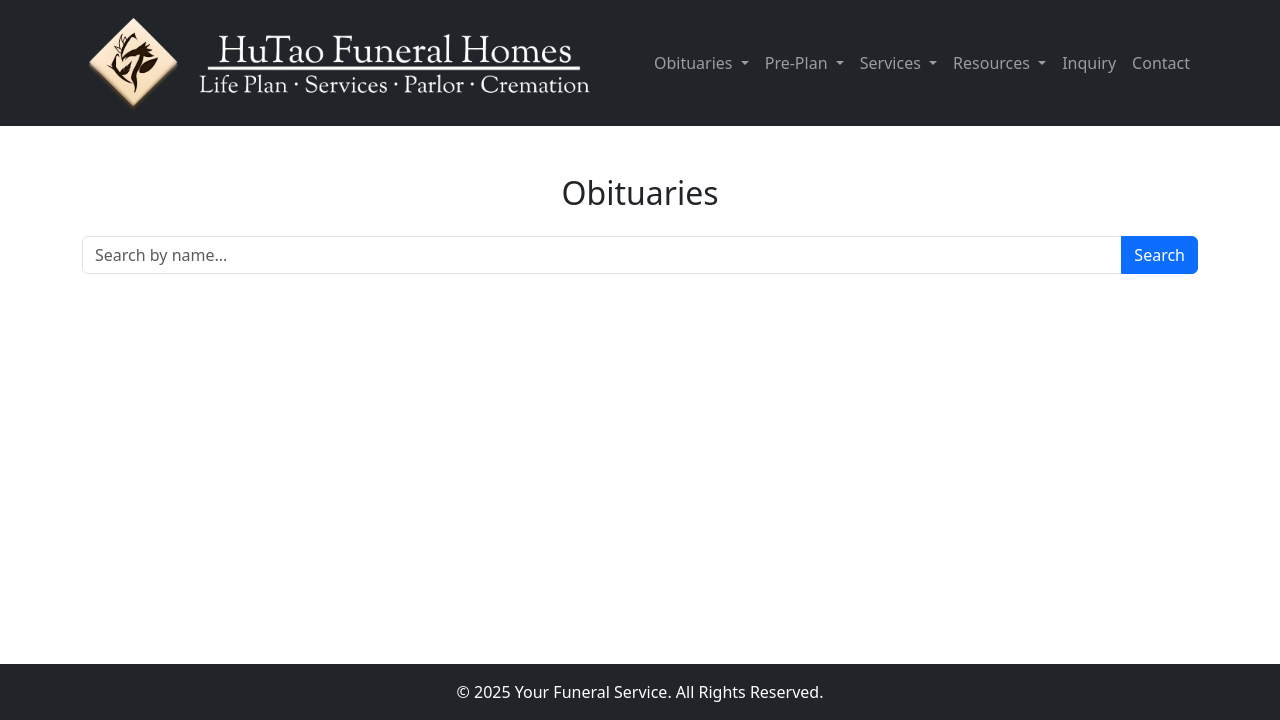
Repository: Jamil-cyber-hash/INSANITY
Page: http://localhost/search_obituaries.php
An editor plug-in stored every save of this project. The page is shown before and after the next save, followed by the edit.
The browser window is 1280 px wide. The pictures show the whole page.
The page is run by PHP 8.4 with error messages shown; the project is at /var/www/html/. Queries for data that is not in the repository find no rows.

Above is the page before, as saved 2025-03-24 02:51:27.

### search_obituaries.php
<?php
include 'db_connect.php'; // Database connection

// Set how many obituaries per page
$limit = 6;

// Get current page number, default to 1 if not set
$page = isset($_GET['page']) ? (int)$_GET['page'] : 1;
$offset = ($page - 1) * $limit;

// Search functionality
$search = isset($_GET['search']) ? $_GET['search'] : "";
$searchQuery = "";

if (!empty($search)) {
    $searchQuery = "WHERE deceased_first_name LIKE '%$search%'
                    OR deceased_middle_name LIKE '%$search%'
                    OR deceased_last_name LIKE '%$search%'";


}

// Get total number of obituaries for pagination
$totalQuery = "SELECT COUNT(*) as total FROM obituaries $searchQuery";
$totalResult = $conn->query($totalQuery);
$totalRow = $totalResult->fetch_assoc();
$totalPages = ceil($totalRow['total'] / $limit);

// Fetch paginated results
$sql = "SELECT * FROM obituaries $searchQuery ORDER BY submitted_at DESC LIMIT $limit OFFSET $offset";
$result = $conn->query($sql);
?>
<style>
    body {
    display: flex;
    flex-direction: column;
    min-height: 100vh; /* Full screen height */
}

.container {
    flex-grow: 1; /* Makes sure the footer stays down */
}

</style>
<!DOCTYPE html>
<html lang="en">
<head>
    <meta charset="UTF-8">
    <meta name="viewport" content="width=device-width, initial-scale=1.0">
    <title>Obituaries</title>
    <link href="https://cdn.jsdelivr.net/npm/bootstrap@5.3.3/dist/css/bootstrap.min.css" rel="stylesheet">
</head>
<body>

<?php include 'header.php'; ?>

<div class="container mt-5">
    <h2 class="text-center mb-4">Obituaries</h2>

    <!-- Search Form -->
    <form method="GET" action="obituaries.php" class="mb-4">
        <div class="input-group">
            <input type="text" name="search" class="form-control" placeholder="Search by name..." value="<?php echo htmlspecialchars($search); ?>">
            <button type="submit" class="btn btn-primary">Search</button>
        </div>
    </form>

    <div class="row">
        <?php while ($row = $result->fetch_assoc()): ?>
            <div class="col-md-4 mb-4">
                <div class="card">
                    <img src="uploads/<?php echo htmlspecialchars($row['image']); ?>" class="card-img-top" alt="Obituary Image">
                    <div class="card-body">
                        <h5 class="card-title"><?php echo htmlspecialchars($row['deceased_first_name'] . " " . $row['deceased_middle_name'] . " " . $row['deceased_last_name']); ?></h5>
                        <p class="card-text"><strong>Date of Passing:</strong> <?php echo htmlspecialchars($row['date_of_passing']); ?></p>
                        <p class="card-text"><?php echo htmlspecialchars($row['description']); ?></p>
                    </div>
                </div>
            </div>
        <?php endwhile; ?>
    </div>

    <!-- Pagination -->
    <nav>
        <ul class="pagination justify-content-center">
            <?php if ($page > 1): ?>
                <li class="page-item">
                    <a class="page-link" href="obituaries.php?page=<?php echo ($page - 1) . "&search=" . $search; ?>">Previous</a>
                </li>
            <?php endif; ?>

            <?php for ($i = 1; $i <= $totalPages; $i++): ?>
                <li class="page-item <?php echo ($i == $page) ? 'active' : ''; ?>">
                    <a class="page-link" href="obituaries.php?page=<?php echo $i . "&search=" . $search; ?>"><?php echo $i; ?></a>
                </li>
            <?php endfor; ?>

            <?php if ($page < $totalPages): ?>
                <li class="page-item">
                    <a class="page-link" href="obituaries.php?page=<?php echo ($page + 1) . "&search=" . $search; ?>">Next</a>
                </li>
            <?php endif; ?>
        </ul>
    </nav>

</div>

<?php include 'footer.php'; ?>

</body>
</html>

<?php
$conn->close();
?>

### db_connect.php
<?php
$servername = "localhost"; // Change if using a remote server
$username = "root"; // Change to your database username
$password = ""; // Change to your database password
$dbname = "funeral_service"; // Change to your database name

// Create connection
$conn = new mysqli($servername, $username, $password, $dbname);

// Check connection
if ($conn->connect_error) {
    die("Connection failed: " . $conn->connect_error);
}
?>

### header.php
<!DOCTYPE html>
<html lang="en">
<head>
    <meta charset="UTF-8" />
    <meta name="viewport" content="width=device-width, initial-scale=1.0" />
    <title>Funeral Service</title>

    <link href="https://cdn.jsdelivr.net/npm/bootstrap@5.3.3/dist/css/bootstrap.min.css" rel="stylesheet" integrity="sha384-QWTKZyjpPEjISv5WaRU9OFeRpok6YctnYmDr5pNlyT2bRjXh0JMhjY6hW+ALEwIH" crossorigin="anonymous">
<script src="https://cdn.jsdelivr.net/npm/bootstrap@5.3.3/dist/js/bootstrap.bundle.min.js" integrity="sha384-YvpcrYf0tY3lHB60NNkmXc5s9fDVZLESaAA55NDzOxhy9GkcIdslK1eN7N6jIeHz" crossorigin="anonymous"></script>
<link rel="stylesheet" href="css/pang.css">
<link rel="stylesheet" href="css/form.css">

</head>
<body>

<!-- Header -->
<nav class="navbar navbar-expand-lg navbar-dark bg-dark">
    <div class="container">
        <a class="navbar-brand" href="PANG.php"><img src="imaages\logo.png" alt="" class="logo"><img src="imaages\logo2.png" alt="" class="logo2"></a>


         <button class="navbar-toggler" type="button" data-bs-toggle="collapse" data-bs-target="#navbarNav">
            <span class="navbar-toggler-icon"></span>
        </button>

        <div class="collapse navbar-collapse" id="navbarNav">
            <ul class="navbar-nav ms-auto">
                <!-- Obituaries Dropdown -->
                <li class="nav-item dropdown">
                    <a class="nav-link dropdown-toggle" href="#" id="obituariesDropdown" role="button" data-bs-toggle="dropdown" aria-expanded="false">
                        Obituaries
                    </a>
                    <ul class="dropdown-menu" aria-labelledby="obituariesDropdown">
                        <li><a class="dropdown-item" href="PANG.php#obituaries">Recent Obituaries</a></li>
                        <li><a class="dropdown-item" href="search_obituaries.php">Search Obituaries</a></li>

                    </ul>
                </li>

                <!-- Pre-Plan Dropdown -->
                <li class="nav-item dropdown">
                    <a class="nav-link dropdown-toggle" href="#" id="preplanDropdown" role="button" data-bs-toggle="dropdown" aria-expanded="false">
                        Pre-Plan
                    </a>
                    <ul class="dropdown-menu" aria-labelledby="preplanDropdown">
                        <li><a class="dropdown-item" href="pre-plan.php">Why Pre-Plan?</a></li>
                        <li><a class="dropdown-item" href="submit_preplan.php">Pre-Plan Options</a></li>
                    </ul>
                </li>

                <!-- Services Dropdown -->
                <li class="nav-item dropdown">
                    <a class="nav-link dropdown-toggle" href="services.php" id="servicesDropdown" role="button" data-bs-toggle="dropdown" aria-expanded="false">
                        Services
                    </a>
                    <ul class="dropdown-menu" aria-labelledby="servicesDropdown">
                        <li><a class="dropdown-item" href="burial_services.php">Burial Services</a></li>
                        <li><a class="dropdown-item" href="cremation.php">Cremation Services</a></li>
                        <li><a class="dropdown-item" href="memorial.php">Memorial Planning</a></li>
                    </ul>
                </li>

                <!-- Resources Dropdown -->
                <li class="nav-item dropdown">
                    <a class="nav-link dropdown-toggle" href="#" id="resourcesDropdown" role="button" data-bs-toggle="dropdown" aria-expanded="false">
                        Resources
                    </a>
                    <ul class="dropdown-menu" aria-labelledby="resourcesDropdown">
                        <li><a class="dropdown-item" href="grief_support.php">Grief Support</a></li>
                        <li><a class="dropdown-item" href="faq.php">FAQs</a></li>
                    </ul>
                </li>

                <!-- Inquiry Link -->
                <li class="nav-item">
                    <a class="nav-link" href="inquiry.php">Inquiry</a>
                </li>

                <!-- Contact Link -->
                <li class="nav-item">
                    <a class="nav-link" href="#contact">Contact</a>
                </li>
            </ul>
        </div>
    </div>
</nav>

### footer.php
<!DOCTYPE html>
<html lang="en">
<head>
    <meta charset="UTF-8">
    <meta name="viewport" content="width=device-width, initial-scale=1.0">
    <title>Document</title>
    <script src="https://cdn.jsdelivr.net/npm/bootstrap@5.3.0/dist/js/bootstrap.bundle.min.js"></script>
<link href="https://cdn.jsdelivr.net/npm/bootstrap@5.3.3/dist/css/bootstrap.min.css" rel="stylesheet" integrity="sha384-QWTKZyjpPEjISv5WaRU9OFeRpok6YctnYmDr5pNlyT2bRjXh0JMhjY6hW+ALEwIH" crossorigin="anonymous">
</head>
<body>

<footer class="footer mt-auto py-3 bg-dark text-white text-center">
    <div class="container">
        <span>© 2025 Your Funeral Service. All Rights Reserved.</span>
    </div>
</footer>
</body>
</html>

### css/pang.css

.carousel-item img {
    width: 100%;
    height: 600px;
    object-fit: cover;
}
.logo{
    height: 100px;
    width: auto;
    object-fit: contain;

}
.logo2{
    height: 100px;
    width: auto;
    object-fit: contain;

}
.map1{
    align-items: center;
    justify-content: center;
    text-align: center;
}
.map2{
    align-items: center;
    justify-content: center;
    text-align: center;
}
.navbar-nav .dropdown .dropdown-menu {
    display: block;
    opacity: 0;
    visibility: hidden;
    transition: opacity 0.3s ease, transform 0.3s ease;
    transform: translateY(-10px);
}

.navbar-nav .dropdown:hover .dropdown-menu {
    opacity: 1;
    visibility: visible;
    transform: translateY(0);
}

### css/form.css
#sender_email {
    border: 1px solid #ced4da;
    transition: border-color 0.2s ease-in-out;
}

/* Red border when invalid */
#sender_email.invalid {
    border-color: #dc3545;
}

/* Optional: Green border when valid */
#sender_email.valid {
    border-color: #28a745;
}

After the next save:
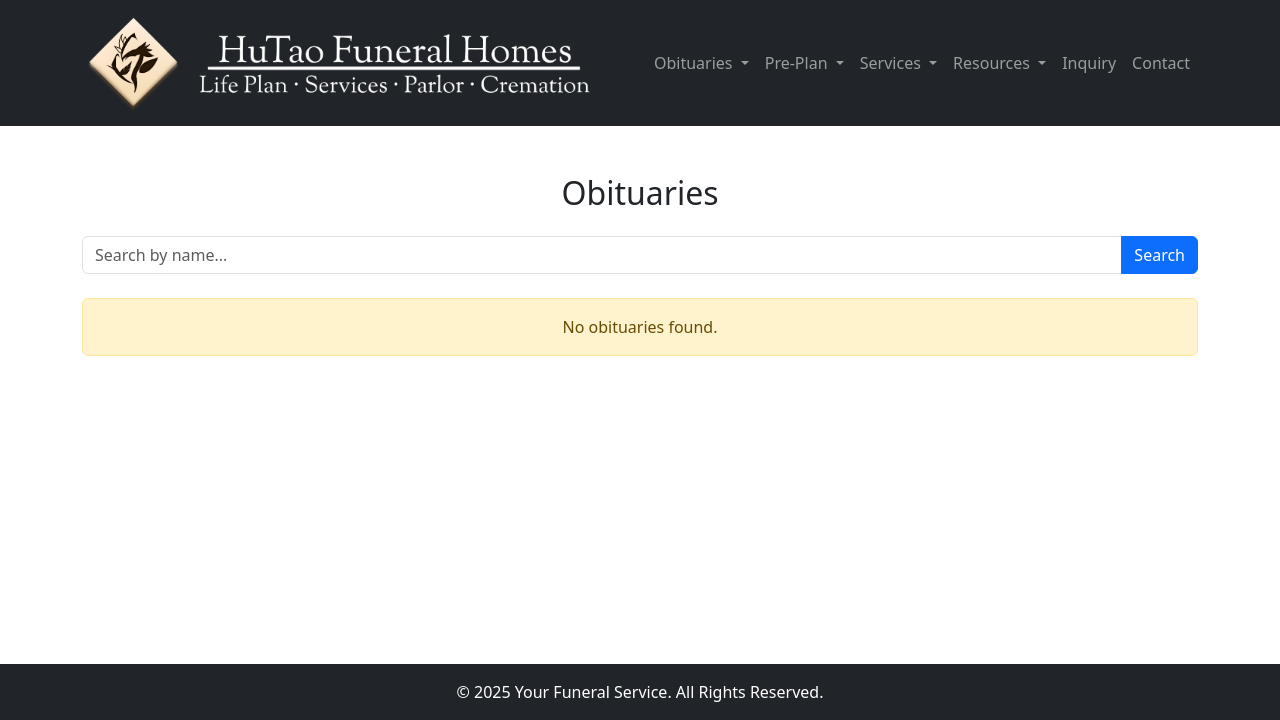
Saved 3 min 5 s later.
--- a/search_obituaries.php
+++ b/search_obituaries.php
@@ -16,8 +16,6 @@ if (!empty($search)) {
     $searchQuery = "WHERE deceased_first_name LIKE '%$search%'
                     OR deceased_middle_name LIKE '%$search%'
                     OR deceased_last_name LIKE '%$search%'";
-
-
 }
 
 // Get total number of obituaries for pagination
@@ -32,15 +30,14 @@ $result = $conn->query($sql);
 ?>
 <style>
     body {
-    display: flex;
-    flex-direction: column;
-    min-height: 100vh; /* Full screen height */
-}
+        display: flex;
+        flex-direction: column;
+        min-height: 100vh; /* Full screen height */
+    }
 
-.container {
-    flex-grow: 1; /* Makes sure the footer stays down */
-}
-
+    .container {
+        flex-grow: 1; /* Makes sure the footer stays down */
+    }
 </style>
 <!DOCTYPE html>
 <html lang="en">
@@ -66,18 +63,27 @@ $result = $conn->query($sql);
     </form>
 
     <div class="row">
-        <?php while ($row = $result->fetch_assoc()): ?>
-            <div class="col-md-4 mb-4">
-                <div class="card">
-                    <img src="uploads/<?php echo htmlspecialchars($row['image']); ?>" class="card-img-top" alt="Obituary Image">
-                    <div class="card-body">
-                        <h5 class="card-title"><?php echo htmlspecialchars($row['deceased_first_name'] . " " . $row['deceased_middle_name'] . " " . $row['deceased_last_name']); ?></h5>
-                        <p class="card-text"><strong>Date of Passing:</strong> <?php echo htmlspecialchars($row['date_of_passing']); ?></p>
-                        <p class="card-text"><?php echo htmlspecialchars($row['description']); ?></p>
+        <?php if ($result->num_rows > 0): ?>
+            <?php while ($row = $result->fetch_assoc()): ?>
+                <div class="col-md-4 mb-4">
+                    <div class="card">
+                        <img src="uploads/<?php echo htmlspecialchars($row['image']); ?>" class="card-img-top" alt="Obituary Image">
+                        <div class="card-body">
+                            <h5 class="card-title">
+                                <?php echo htmlspecialchars($row['deceased_first_name'] . " " . $row['deceased_middle_name'] . " " . $row['deceased_last_name']); ?>
+                            </h5>
+                            <p class="card-text"><strong>Date of Passing:</strong> <?php echo htmlspecialchars($row['date_of_passing']); ?></p>
+                            <p class="card-text"><?php echo htmlspecialchars($row['description']); ?></p>
+                        </div>
                     </div>
                 </div>
+            <?php endwhile; ?>
+        <?php else: ?>
+            <!-- Show this if no results are found -->
+            <div class="col-12 text-center">
+                <p class="alert alert-warning">No obituaries found.</p>
             </div>
-        <?php endwhile; ?>
+        <?php endif; ?>
     </div>
 
     <!-- Pagination -->
@@ -85,19 +91,19 @@ $result = $conn->query($sql);
         <ul class="pagination justify-content-center">
             <?php if ($page > 1): ?>
                 <li class="page-item">
-                    <a class="page-link" href="obituaries.php?page=<?php echo ($page - 1) . "&search=" . $search; ?>">Previous</a>
+                    <a class="page-link" href="obituaries.php?page=<?php echo ($page - 1) . "&search=" . urlencode($search); ?>">Previous</a>
                 </li>
             <?php endif; ?>
 
             <?php for ($i = 1; $i <= $totalPages; $i++): ?>
                 <li class="page-item <?php echo ($i == $page) ? 'active' : ''; ?>">
-                    <a class="page-link" href="obituaries.php?page=<?php echo $i . "&search=" . $search; ?>"><?php echo $i; ?></a>
+                    <a class="page-link" href="obituaries.php?page=<?php echo $i . "&search=" . urlencode($search); ?>"><?php echo $i; ?></a>
                 </li>
             <?php endfor; ?>
 
             <?php if ($page < $totalPages): ?>
                 <li class="page-item">
-                    <a class="page-link" href="obituaries.php?page=<?php echo ($page + 1) . "&search=" . $search; ?>">Next</a>
+                    <a class="page-link" href="obituaries.php?page=<?php echo ($page + 1) . "&search=" . urlencode($search); ?>">Next</a>
                 </li>
             <?php endif; ?>
         </ul>
